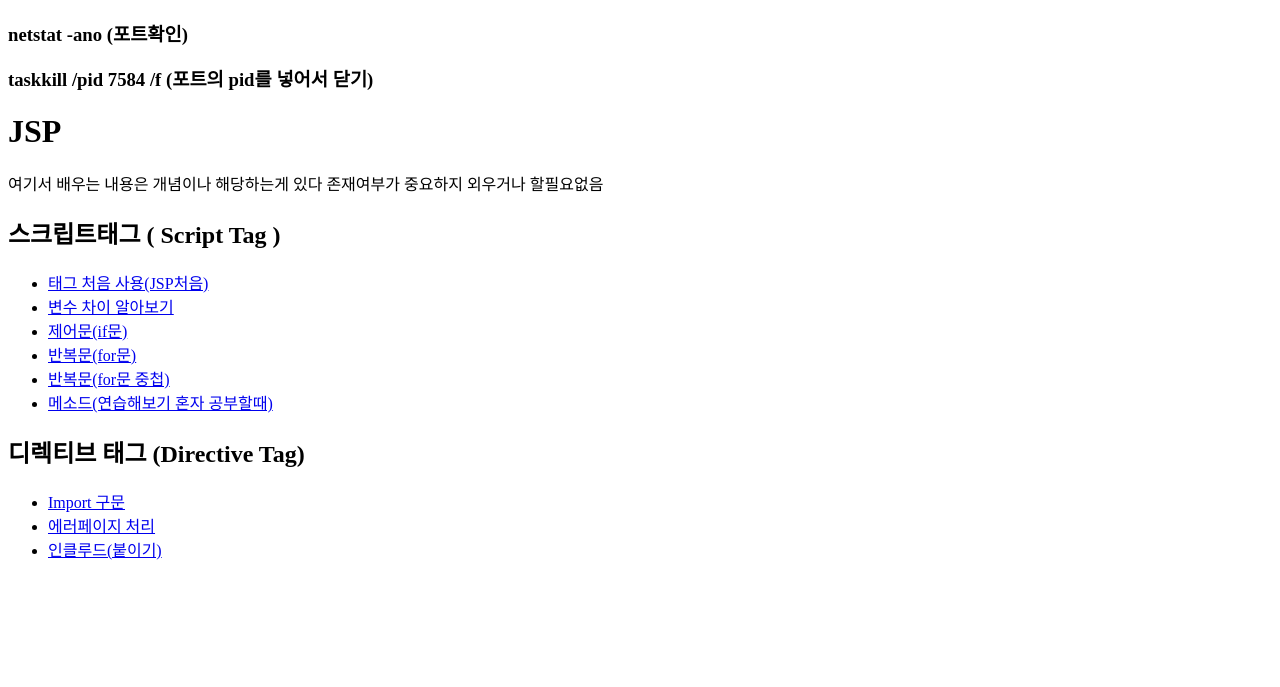
Repository: joeunpyeong/javaA
Page: http://localhost/03.Tag/
An editor plug-in stored every save of this project. The page is shown before and after the next save, followed by the edit.
The browser window is 1280 px wide. The pictures show the whole page.
The page is served by Tomcat 9.

Above is the page before, as saved 2023-05-19 03:10:21.

After the next save:
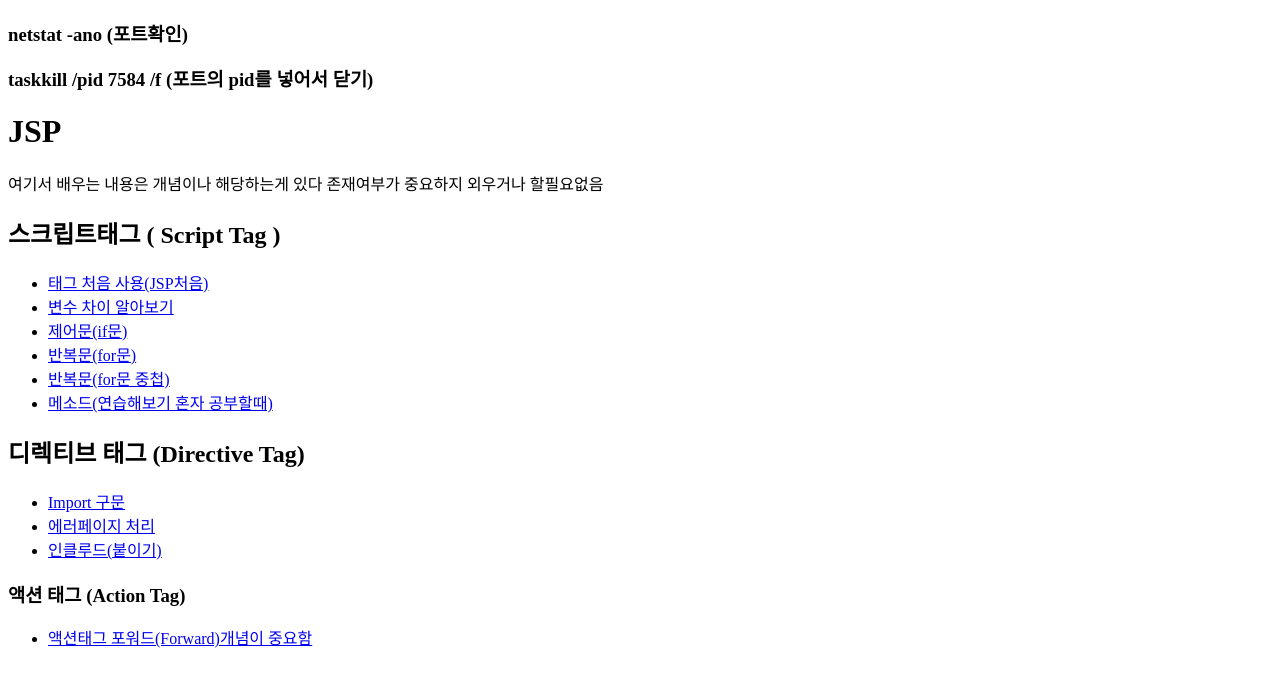
Saved 25 min 3 s later.
--- a/03.Tag/src/main/webapp/index.html
+++ b/03.Tag/src/main/webapp/index.html
@@ -21,6 +21,7 @@
 		<li><a href="01.Script/Ex05Method.jsp">메소드(연습해보기 혼자 공부할때)</a> </li>
 
 	</ul>
+
 	<h2>디렉티브 태그 (Directive Tag)</h2>
 	<ul>
 		<li><a href="02.Directive/Ex01_Directive.jsp">Import 구문</a> </li>
@@ -28,6 +29,9 @@
 		<li><a href="02.Directive/Ex03_IncludeMain.jsp">인클루드(붙이기)</a> </li>
 	</ul>
 
-
+	<h3>액션 태그 (Action Tag)</h3>
+	<ul>
+		<li><a href="03.Action/Ex01_Forward.jsp">액션태그 포워드(Forward)개념이 중요함</a> </li>
+	</ul>
 </body>
 </html>
